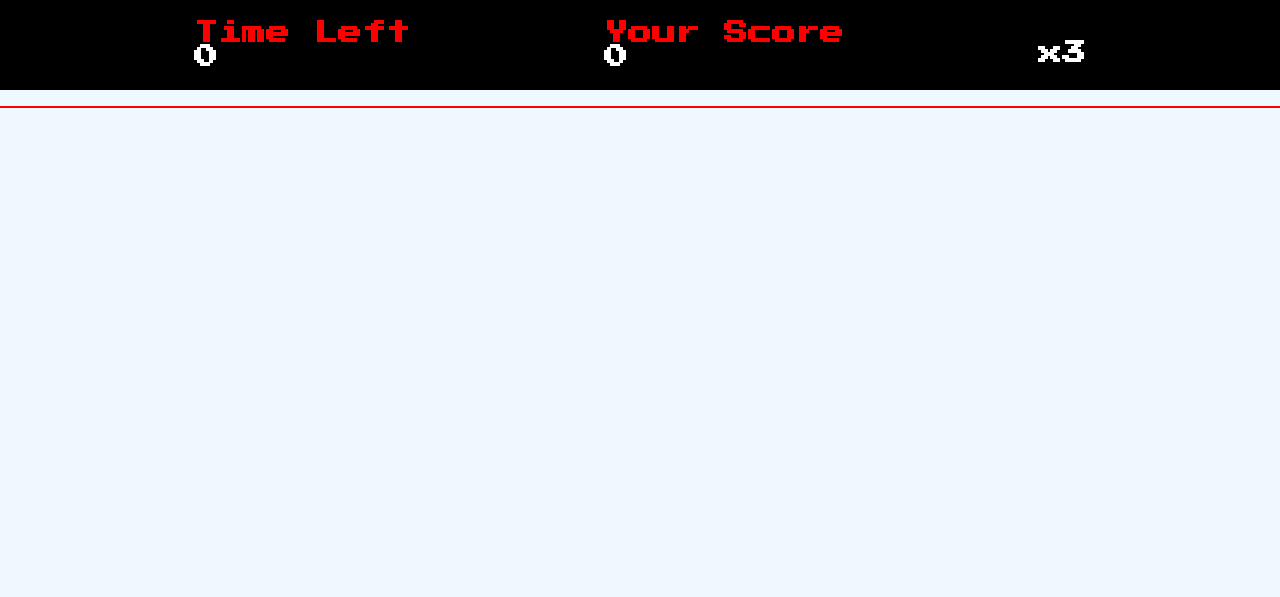
Repository: saulobeltrame/jogo-corinthians
Page: index.html
These files come from the project's save history. The page is drawn as it stood at one moment and after the next save; the edit follows.
The browser window is 1280 px wide. The pictures show the whole page.
Some web fonts or font styles are not loaded; a fallback is used.

Above is the page before, as saved 2024-11-20 17:16:57.

### index.html
<!-- confg -->
<!DOCTYPE html>
<html lang="pt-br">

<head>
    <meta charset="UTF-8">
    <meta name="viewport" content="width=device-width, initial-scale=1.0">
    <title>Detona Ralph</title>
    <!-- fonts -->
    <link rel="preconnect" href="https://fonts.googleapis.com">
    <link rel="preconnect" href="https://fonts.gstatic.com" crossorigin>
    <link
        href="https://fonts.googleapis.com/css2?family=Cabin:ital,wght@0,400..700;1,400..700&family=Notable&family=Press+Start+2P&family=Raleway:ital,wght@0,100..900;1,100..900&display=swap"
        rel="stylesheet">
    <!-- styles -->
    <link rel="stylesheet" href="./src/styles/reset.css">
    <link rel="stylesheet" href="./src/styles/main.css">
</head>

<body>

    <div class="container">
        <div class="menu">
            <div class="menu-time">
                <h2 style="color: red;">Time Left</h2>
                <h2>0</h2>
            </div>
            <div class="menu-score">
                <h2 style="color: red;">Your Score</h2>
                <h2>0</h2>

            </div>
            <div class="menu-lives">
                <img src="" >
                <h2>x3</h2>
            </div>

        </div>

        <div class="panel">
            <div class="panel-row">
                <div class="square" id="1"></div>
                <div class="square" id="2"></div>
                <div class="square" id="3"></div>
            </div>
            <div class="panel-row">
                <div class="square" id="4"></div>
                <div class="square" id="5"></div>
                <div class="square" id="6"></div>
            </div>
            <div class="panel-row">
                <div class="square" id="7"></div>
                <div class="square" id="8"></div>
                <div class="square" id="9"></div>
            </div>
        </div>

    </div>


    <script defer src="./src/scripts/engine.js"></script>
</body>

</html>

### src/styles/reset.css
*{
    margin:0%;
    padding: 0%;
    box-sizing: border-box;
    /*font-family: "Bebas Neue" , sans-serif;*/
    font-family: "Press Start 2P", cursive;
}

### src/styles/main.css
body{
    background-color: aliceblue;
}
.container{
    display:flex;
    flex-direction: column;
    height: 100%;
}
.menu{
    display: flex;
    justify-content: space-evenly;
    align-items: center;

    height: 90px;
    width: 100%;
    background-color: #000000;
    color:white
}
.panel{
    display: flex;
    align-items: center;
    justify-content: center;
    border: 1px solid red;
    margin-top: 1rem;
}
square{
    height: 150px;
    width: 150px;
    border: 1px solid black;
    background-color: aquamarine;

}

Loaded but not shown: src/scripts/engine.js (no stored copy; drawn as an empty file)

After the next save:
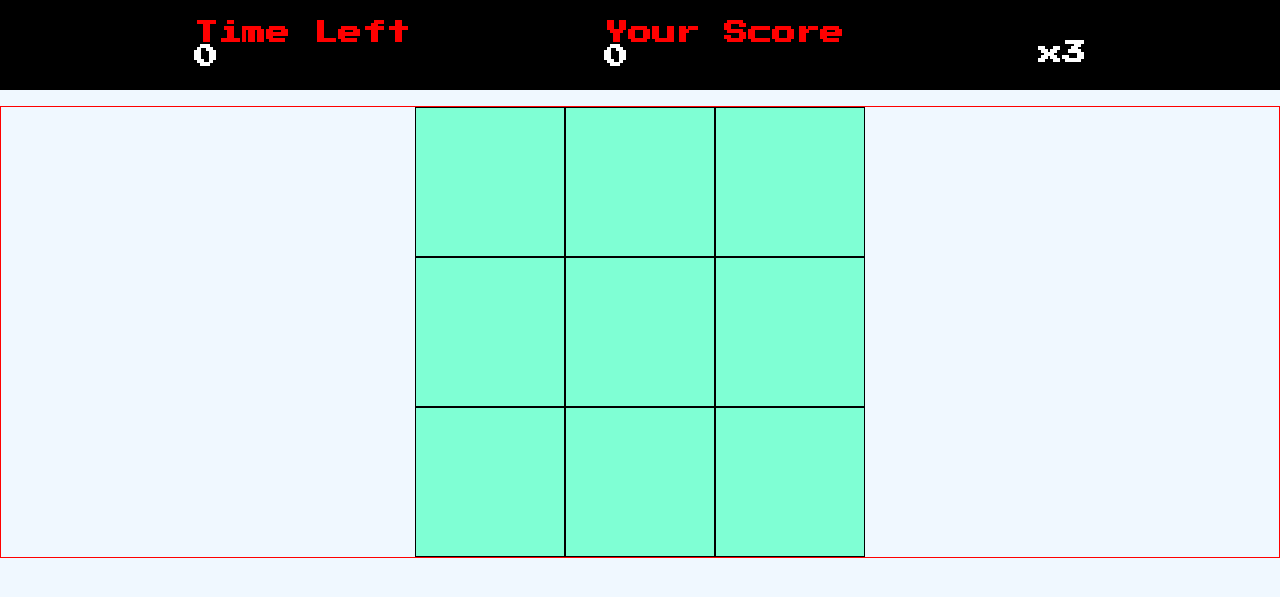
Saved 101 s later.
--- a/src/styles/main.css
+++ b/src/styles/main.css
@@ -23,7 +23,7 @@
     border: 1px solid red;
     margin-top: 1rem;
 }
-square{
+.square{
     height: 150px;
     width: 150px;
     border: 1px solid black;
